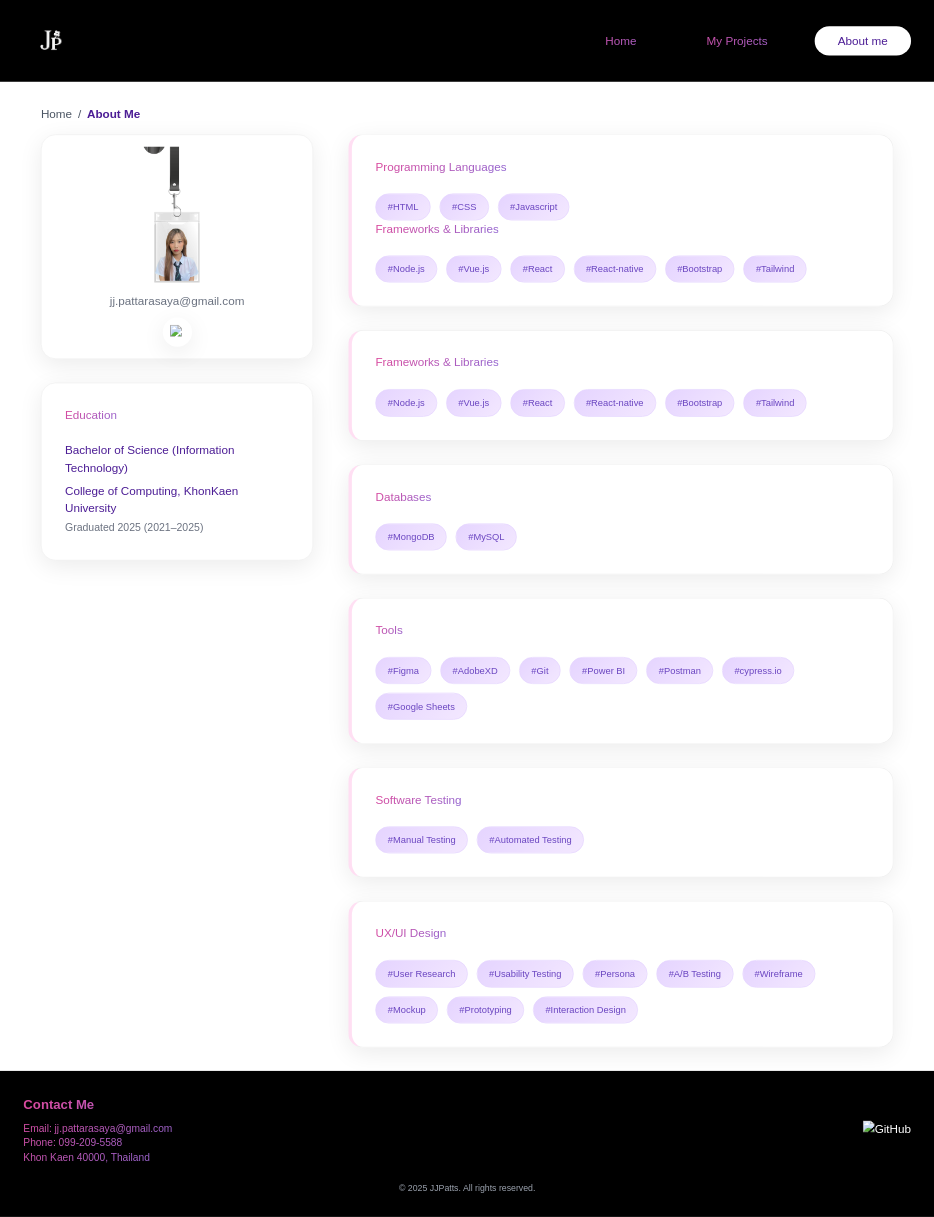
Repository: PattarasayaJJ/Portfolio-jjpatts
Page: /aboutme
The author's editor kept a copy of each file at every save. The page is drawn from the files as they stood at one save, then again after the next save.
The browser window is 1280 px wide. The pictures show the whole page, at 73% of full size.
The project was rebuilt for these pictures with package versions that can differ from the ones it lists, and the page was loaded fresh each time. Also part of the build but not shown: vite.config.js, vite.config.ts, src/header.css, src/hero.css, src/components/Hero.jsx, src/components/Works.jsx.

Above is the page before, as saved 2025-08-03 22:52:03.

### index.html
<!doctype html>
<html lang="en">
  <head>
    <meta charset="UTF-8" />
    <link rel="icon" type="image/svg+xml" href="/JPtab.png" />
    <meta name="viewport" content="width=device-width, initial-scale=1.0" />
    <title>JJPatts Portfolio</title>
  </head>
  <body>
    <div id="root"></div>
    <script type="module" src="/src/index.jsx"></script>
  </body>
</html>

### src/index.css
@import 'tailwindcss/base';
@import 'tailwindcss/components';
@import 'tailwindcss/utilities';
@import url('https://fonts.googleapis.com/css2?family=Kanit:wght@400;700&display=swap');

*{
   font-family: 'Kanit', sans-serif;

}

### src/App.jsx
import React from 'react';
import { BrowserRouter as Router, Routes, Route } from 'react-router-dom';
import { Header } from './components/Header';
import { Hero } from './components/Hero';
import { Works } from './components/Works';
import { Aboutme } from './components/Aboutme' ;
import { Footer } from './components/Footer';
export function App() {
  return (
    <Router>
      <div className="w-full min-h-screen bg-white">
        <Header />
        <main className="w-full">
          <Routes>
            <Route path="/" element={<><Hero /> </>} />
            <Route path="/works" element={<><Works /></>}/>
            <Route path="/aboutme" element={<Aboutme />} />


          </Routes>
        </main>
        <Footer />

      </div>
    </Router>
  );
}

### src/components/Header.jsx
import React, { useState } from 'react';
import { Link, useLocation } from 'react-router-dom';
import { MenuIcon, XIcon } from 'lucide-react';
import '../header.css';

export function Header() {
  const [isMenuOpen, setIsMenuOpen] = useState(false);
  const location = useLocation();

  const isActive = (path) => location.pathname === path;

  return (
    <header className="w-full bg-black py-4 px-8 relative">
      <div className="max-w-7xl mx-auto flex justify-between items-center">
        <Link to="/">
          <div className="flex items-center">
            <img src="/JP.png" alt="logo" className="w-20" />
          </div>
        </Link>

        <nav className="hidden md:flex space-x-8">
          <Link
            to="/"
            className={`font-medium px-8 py-2 rounded-full ${
              isActive('/') ? 'bg-white text-purple-600' : 'gradient-text'
            }`}
            style={isActive('/') ? { color: '#4c1d95' } : {}}
          >
            Home
          </Link>
          <Link
            to="/works"
            className={`font-medium px-8 py-2 rounded-full ${
              isActive('/works') ? 'bg-white text-purple-600' : 'gradient-text'
            }`}
            style={isActive('/works') ? { color: '#4c1d95' } : {}}
          >
            My Projects
          </Link>
          <Link
            to="/aboutme"
            className={`font-medium px-8 py-2 rounded-full ${
              isActive('/aboutme') ? 'bg-white text-purple-600' : 'gradient-text'
            }`}
            style={isActive('/aboutme') ? { color: '#4c1d95' } : {}}
          >
            About me
          </Link>
        </nav>

        <button className="md:hidden text-white" onClick={() => setIsMenuOpen(!isMenuOpen)}>
          {isMenuOpen ? <XIcon size={24} /> : <MenuIcon size={24} />}
        </button>
      </div>

      <div
        className={`
          fixed top-0 right-0 w-64 h-full bg-black z-50 transform transition-transform duration-300 ease-in-out
          ${isMenuOpen ? 'translate-x-0' : 'translate-x-full'}
          md:hidden
        `}
      >
        <div className="p-6">
          <button className="text-white mb-8" onClick={() => setIsMenuOpen(false)}>
            <XIcon size={24} />
          </button>
          <nav className="flex flex-col space-y-6">
            <Link
              to="/"
              className={`font-medium px-6 py-2 rounded-full block text-center ${
                isActive('/') ? 'bg-white text-purple-600' : 'gradient-text'
              }`}
              style={isActive('/') ? { color: '#4c1d95' } : {}}
              onClick={() => setIsMenuOpen(false)}
            >
              Home
            </Link>
            <Link
              to="/works"
              className={`font-medium px-6 py-2 rounded-full block text-center ${
                isActive('/works') ? 'bg-white text-purple-600' : 'gradient-text'
              }`}
              style={isActive('/works') ? { color: '#4c1d95' } : {}}
              onClick={() => setIsMenuOpen(false)}
            >
              My Projects
            </Link>
            <Link
              to="/aboutme"
              className={`font-medium px-6 py-2 rounded-full block text-center ${
                isActive('/aboutme') ? 'bg-white text-purple-600' : 'gradient-text'
              }`}
              style={isActive('/aboutme') ? { color: '#4c1d95' } : {}}
              onClick={() => setIsMenuOpen(false)}
            >
              About me
            </Link>
          </nav>
        </div>
      </div>

      {isMenuOpen && (
        <div
          className="fixed inset-0 bg-black bg-opacity-50 z-40 md:hidden"
          onClick={() => setIsMenuOpen(false)}
        />
      )}
    </header>
  );
}

### src/components/Aboutme.jsx
import React from 'react';
import '../aboutme.css';

export function Aboutme() {
  const skills = [
    { name: '#HTML', type: 'tool' },
    { name: '#CSS', type: 'tool' },
    { name: '#Javascript', type: 'tool' },
  ];

  const frame = [
    { name: '#Node.js', type: 'tool' },
    { name: '#Vue.js', type: 'tool' },
    { name: '#React', type: 'tool' },
    { name: '#React-native', type: 'tool' },
    { name: '#Bootstrap', type: 'tool' },
    { name: '#Tailwind', type: 'tool' },
  ];

  const database = [
    { name: '#MongoDB', type: 'tool' },
    { name: '#MySQL', type: 'tool' },
  ];

  const tools = [
    { name: '#Figma', type: 'tool' },
    { name: '#AdobeXD', type: 'tool' },
    { name: '#Git', type: 'tool' },
    { name: '#Power BI', type: 'tool' },
    { name: '#Postman', type: 'tool' },
    { name: '#cypress.io', type: 'tool' },
    { name: '#Google Sheets', type: 'tool' },
  ];

  const uxui = [
    { name: '#User Research', type: 'ux' },
    { name: '#Usability Testing', type: 'ux' },
    { name: '#Persona', type: 'ux' },
    { name: '#A/B Testing', type: 'ux' },
    { name: '#Wireframe', type: 'ux' },
    { name: '#Mockup', type: 'ux' },
    { name: '#Prototyping', type: 'ux' },
    { name: '#Interaction Design', type: 'ux' },
  ];

  const tester = [
    { name: '#Manual Testing', type: 'ux' },
    { name: '#Automated Testing', type: 'ux' },
  ];

  return (
    <div className="about-container">
      <nav className="breadcrumb">
        <a href="/" className="breadcrumb-link">
          Home
        </a>
        <span className="breadcrumb-separator">/</span>
        <span className="breadcrumb-current">About Me</span>
      </nav>

      <div className="about-content">
        {/* Profile Section */}
        <div className="profile-section">
          <div className="profile-card">
            <div className="avatar-container">
              <div className="avatar-wrapper">
                <img
                  src="/nongjj.png"
                  alt="Profile"
                  className="avatar-img"
                />
              </div>
              <p className="email">jj.pattarasaya@gmail.com</p>

              <div className="social-icons">
                <a href="https://github.com/PattarasayaJJ" target="_blank" rel="noopener noreferrer" className="social-link">
                  <img src="https://github.githubassets.com/favicons/favicon.png" alt="GitHub" />
                </a>
              </div>
            </div>
          </div>

          {/* Education Section */}
          <div className="education-card">
            <h3 className="section-title">
              <span className="gradient-text">Education</span>
            </h3>
            <div className="education-content">
              <h4 className="degree">Bachelor of Science (Information Technology)</h4>
              <p className="university">College of Computing, KhonKaen University</p>
              <p className="graduation">Graduated 2025 (2021–2025)</p>
            </div>
          </div>
        </div>

        {/* Skills Section */}
        <div className="skills-section">
          <div className="skills-grid">
            {/* Programming Languages */}
            <div className="skill-category">
              <h3 className="category-title">
                <span className="gradient-text">Programming Languages</span>
              </h3>
              <div className="skills-list">
                {skills.map((skill, index) => (
                  <span className="skill-tag" key={index}>
                    {skill.name}
                  </span>
                ))}
              </div>


                 <h3 className="category-title">
                <span className="gradient-text">Frameworks & Libraries</span>
              </h3>
              <div className="skills-list">
                {frame.map((skill, index) => (
                  <span className="skill-tag" key={index}>
                    {skill.name}
                  </span>
                ))}
              </div>




            </div>

            {/* Frameworks & Libraries */}
            <div className="skill-category">
              <h3 className="category-title">
                <span className="gradient-text">Frameworks & Libraries</span>
              </h3>
              <div className="skills-list">
                {frame.map((skill, index) => (
                  <span className="skill-tag" key={index}>
                    {skill.name}
                  </span>
                ))}
              </div>
            </div>

            {/* Databases */}
            <div className="skill-category">
              <h3 className="category-title">
                <span className="gradient-text">Databases</span>
              </h3>
              <div className="skills-list">
                {database.map((skill, index) => (
                  <span className="skill-tag" key={index}>
                    {skill.name}
                  </span>
                ))}
              </div>
            </div>

            {/* Tools */}
            <div className="skill-category">
              <h3 className="category-title">
                <span className="gradient-text">Tools</span>
              </h3>
              <div className="skills-list">
                {tools.map((skill, index) => (
                  <span className="skill-tag" key={index}>
                    {skill.name}
                  </span>
                ))}
              </div>
            </div>

            {/* Software Testing */}
            <div className="skill-category">
              <h3 className="category-title">
                <span className="gradient-text">Software Testing</span>
              </h3>
              <div className="skills-list">
                {tester.map((skill, index) => (
                  <span className="skill-tag" key={index}>
                    {skill.name}
                  </span>
                ))}
              </div>
            </div>

            {/* UX/UI Design */}
            <div className="skill-category">
              <h3 className="category-title">
                <span className="gradient-text">UX/UI Design</span>
              </h3>
              <div className="skills-list">
                {uxui.map((skill, index) => (
                  <span className="skill-tag" key={index}>
                    {skill.name}
                  </span>
                ))}
              </div>
            </div>
          </div>
        </div>
      </div>
    </div>
  );
}

### src/components/Footer.jsx
import React from 'react';

export function Footer() {
  return (
    <footer className="w-full bg-black text-white py-8 px-8">
  <div className="max-w-7xl mx-auto flex flex-col md:flex-row justify-between items-center space-y-6 md:space-y-0">

        <div className="text-center md:text-left gradient-text ">
          <h2 className="text-lg font-semibold">Contact Me</h2>
          <p className="text-sm mt-2">Email: jj.pattarasaya@gmail.com</p>
          <p className="text-sm">Phone: 099-209-5588</p>
          <p className="text-sm">Khon Kaen 40000, Thailand</p>

        </div>

        <div className="flex space-x-4 ">
        <a href="https://github.com/PattarasayaJJ" target="_blank" rel="noopener noreferrer">
        <img src="https://github.githubassets.com/favicons/favicon.png" alt="GitHub" />

  </a>

        </div>
      </div>

      <div className="text-center text-xs text-gray-400 mt-6 ">
        © {new Date().getFullYear()} JJPatts. All rights reserved.
      </div>
    </footer>
  );
}

### src/work.css
.projects-section {
  width: 100%;
  max-width: 1200px;
  margin: 0 auto;
  padding: 2rem 1rem;
  background-color: #ffffff;
}

.projects-container {
  max-width: 80rem;
  margin: 0 auto;
  display: flex;
  flex-direction: column;
  gap: 2rem;
}

.breadcrumb {
  margin-bottom: 2rem;
  font-size: 0.9rem;
  color: #666;
}

.breadcrumb-link {
  color: #666;
  text-decoration: none;
}

.breadcrumb-link:hover {
  color: #333;
}

.breadcrumb-separator {
  margin: 0 0.5rem;
}

.breadcrumb-current {
  color: #333;
  font-weight: 500;
}

.project-title-text {
  margin-top: 10px;
  background: linear-gradient(135deg, #DD489B, #9067D3);
  -webkit-background-clip: text;
  -webkit-text-fill-color: transparent;
  background-clip: text;
  display: inline-block;
  font-size: 1.25rem;
  font-weight: bold;
}

/* Project Card */
.project-card {
  background: #ffffff;
  border-radius: 20px;
  padding: 3rem;
  box-shadow: 0 8px 32px rgba(0, 0, 0, 0.08);
  border: 1px solid #f0f0f0;
  display: flex;
  flex-direction: column;
  gap: 2rem;
}

/* Project Images */
.project-images {
  display: flex;
  justify-content: center;
  gap: 2rem;
  margin-bottom: 1rem;
}

.project-images.single {
  justify-content: center;
}

/* Updated: Uniform image sizing */
.project-image {
  width: 400px;
  height: 300px;
  object-fit: contain;
  border-radius: 12px;
  box-shadow: 0 8px 24px rgba(0, 0, 0, 0.12);
  transition: transform 0.3s ease, box-shadow 0.3s ease;
}

.project-image:hover {
  transform: translateY(-4px);
  box-shadow: 0 12px 32px rgba(0, 0, 0, 0.16);
}

/* Project Content */
.project-content {
  text-align: center;
  display: flex;
  flex-direction: column;
  gap: 1rem;
}

.project-name {
  font-size: 1rem;
  line-height: 1.6;
  color: #4c1d95;
  margin: 0;
  font-weight: 400;
}

.highlight {
  font-weight: 700;
  color: #4c1d95;
}

/* Skills List */
.skills-list {
  display: flex;
  flex-wrap: wrap;
  gap: 0.75rem;
  margin-top: 1rem;
}

.skill-tag {
  background: linear-gradient(135deg, #e5d4ff, #f3e8ff);
  color: #6b46c1;
  padding: 0.5rem 1rem;
  border-radius: 20px;
  font-size: 0.875rem;
  font-weight: 500;
  border: 1px solid #e5d4ff;
  transition: all 0.3s ease;
}

.skill-tag:hover {
  background: linear-gradient(135deg, #ddd6fe, #e5d4ff);
  transform: translateY(-2px);
  box-shadow: 0 4px 12px rgba(107, 70, 193, 0.2);
}

/* Responsive Design */
@media (max-width: 1024px) {
  .project-images {
    gap: 1.5rem;
  }

  .project-image {
    width: 350px;
    height: 250px;
    object-fit: contain;
  }
}

@media (max-width: 768px) {
  .projects-section {
    padding: 1.5rem 1rem;
  }

  .project-card {
    padding: 2rem 1.5rem;
  }

  .project-images {
    flex-direction: column;
    align-items: center;
    gap: 1.5rem;
  }

  .project-image {
    width: 100%;
    max-width: 400px;
    height: 250px;
    object-fit: contain;
  }

  .project-title {
    font-size: 1.5rem;
  }

  .project-name {
    font-size: 1.1rem;
    text-align: left;
  }

  .skills-list {
    justify-content: flex-start;
  }
}

@media (max-width: 480px) {
  .project-card {
    padding: 1.5rem 1rem;
  }

  .project-name {
    font-size: 1rem;
  }

  .skill-tag {
    font-size: 0.75rem;
    padding: 0.4rem 0.8rem;
  }

  .project-image {
    width: 100%;
    max-width: 350px;
    height: 200px;
    object-fit: contain;
  }
}

### src/aboutme.css
.about-container {
  max-width: 1200px;
  margin: 0 auto;
  padding: 2rem 1rem;
  background-color: #ffffff;
}

.breadcrumb {
  margin-bottom: 1rem;
  font-size: 1rem;
  color: #4B5563;
  display: flex;
  align-items: center;
}

.breadcrumb-link {
  color: #4B5563;
  text-decoration: none;
}

.breadcrumb-link:hover {
  text-decoration: underline;
}


.breadcrumb-separator {
  margin: 0 0.5rem;
}

.breadcrumb-current {
  font-weight: bold;
  color: #4c1d95;
}

.about-content {
  display: grid;
  grid-template-columns: 1fr 2fr;
  gap: 3rem;
  align-items: start;
}

.profile-section {
  display: flex;
  flex-direction: column;
  gap: 2rem;
}

.profile-card {
  background: #ffffff;
  border-radius: 20px;
  padding: 1rem;
  box-shadow: 0 8px 32px rgba(0, 0, 0, 0.08);
  border: 1px solid #f0f0f0;
  text-align: center;
}

.avatar-container {
  display: flex;
  flex-direction: column;
  align-items: center;
}

.avatar-wrapper {
  width: 200px;
  height: 200px;
  transition: transform 0.3s ease;
}

.avatar-wrapper:hover {
  transform: scale(1.05);
}

.avatar-img {
  width: 100%;
  height: 100%;
  object-fit: contain;
}

.profile-name {
  font-size: 1.5rem;
  color: #4c1d95;
  margin: 0;
}

.profile-title {
  font-size: 1rem;
  color: #6b46c1;
  margin: 0;
}

.email {
  font-size: 1rem;
  color: #6b7280;
  margin-bottom: 10px;
}

.social-icons {
  display: flex;
  justify-content: center;
  gap: 1rem;
}

.social-link {
  display: flex;
  align-items: center;
  justify-content: center;
  width: 40px;
  height: 40px;
  box-shadow: 0 8px 32px rgba(0, 0, 0, 0.08);
  border-radius: 50%;
  transition: all 0.3s ease;
}

.social-link:hover {
  transform: translateY(-2px);
  box-shadow: 0 4px 12px rgba(107, 70, 193, 0.3);
}

.social-icons img {
  width: 20px;
  height: 20px;
}

.education-card {
  background: #ffffff;
  border-radius: 20px;
  padding: 2rem;
  box-shadow: 0 8px 32px rgba(0, 0, 0, 0.08);
  border: 1px solid #f0f0f0;
}

.education-content {
  margin-top: 1rem;
}

.degree {
  font-size: 1rem;
  color: #4c1d95;
  margin: 0 0 0.5rem 0;
}

.university {
  font-size: 1rem;
  color: #4c1d95;
  margin: 0 0 0.25rem 0;
}

.graduation {
  font-size: 0.9rem;
  color: #6b7280;
  margin: 0;
}

.skills-section {
  display: flex;
  flex-direction: column;
}

.skills-grid {
  display: grid;
  grid-template-columns: 1fr;
  gap: 2rem;
}

.skill-category {
  background: #ffffff;
  border-radius: 20px;
  padding: 2rem;
  box-shadow: 0 8px 32px rgba(0, 0, 0, 0.08);
  border: 1px solid #f0f0f0;
  border-left: 5px solid #ffdff3;
}

.section-title,
.category-title {
  font-size: 1rem;
  margin: 0 0 1.5rem 0;
  display: flex;
  align-items: center;
}

.gradient-text {
  background: linear-gradient(135deg, #DD489B, #9067D3);
  -webkit-background-clip: text;
  -webkit-text-fill-color: transparent;
  background-clip: text;
}

.skills-list {
  display: flex;
  flex-wrap: wrap;
  gap: 0.75rem;
}

.skill-tag {
  background: linear-gradient(135deg, #e5d4ff, #f3e8ff);
  color: #6b46c1;
  padding: 0.5rem 1rem;
  border-radius: 20px;
  font-size: 0.8rem;
  border: 1px solid #e5d4ff;
  transition: all 0.3s ease;
  cursor: default;
}

.skill-tag:hover {
  background: linear-gradient(135deg, #ddd6fe, #e5d4ff);
  transform: translateY(-2px);
  box-shadow: 0 4px 12px rgba(107, 70, 193, 0.2);
}

@media (max-width: 1024px) {
  .about-content {
    grid-template-columns: 1fr;
    gap: 2rem;
  }

  .skills-grid {
    grid-template-columns: repeat(2, 1fr);
  }
}

@media (max-width: 768px) {
  .about-container {
    padding: 1.5rem 1rem;
  }

  .about-content {
    gap: 1.5rem;
  }

  .skills-grid {
    grid-template-columns: 1fr;
    gap: 1.5rem;
  }

  .profile-card,
  .education-card,
  .skill-category {
    padding: 1.5rem;
  }

  .avatar-wrapper {
    width: 150px;
    height: 150px;
  }

  .profile-name {
    font-size: 1.25rem;
  }

  .profile-title {
    font-size: 0.9rem;
  }

  .section-title,
  .category-title {
    font-size: 1.1rem;
  }

  .skill-tag {
    font-size: 0.8rem;
    padding: 0.4rem 0.8rem;
  }
}

@media (max-width: 480px) {

  .profile-card,
  .education-card,
  .skill-category {
    padding: 1.25rem;
  }

  .avatar-wrapper {
    width: 120px;
    height: 120px;
  }

  .profile-name {
    font-size: 1rem;
  }

  .skills-list {
    gap: 0.5rem;
  }

  .skill-tag {
    font-size: 0.75rem;
    padding: 0.35rem 0.7rem;
  }
}

Loaded but not shown: src/index.jsx (common file); tailwind.config.js (common file)

After the next save:
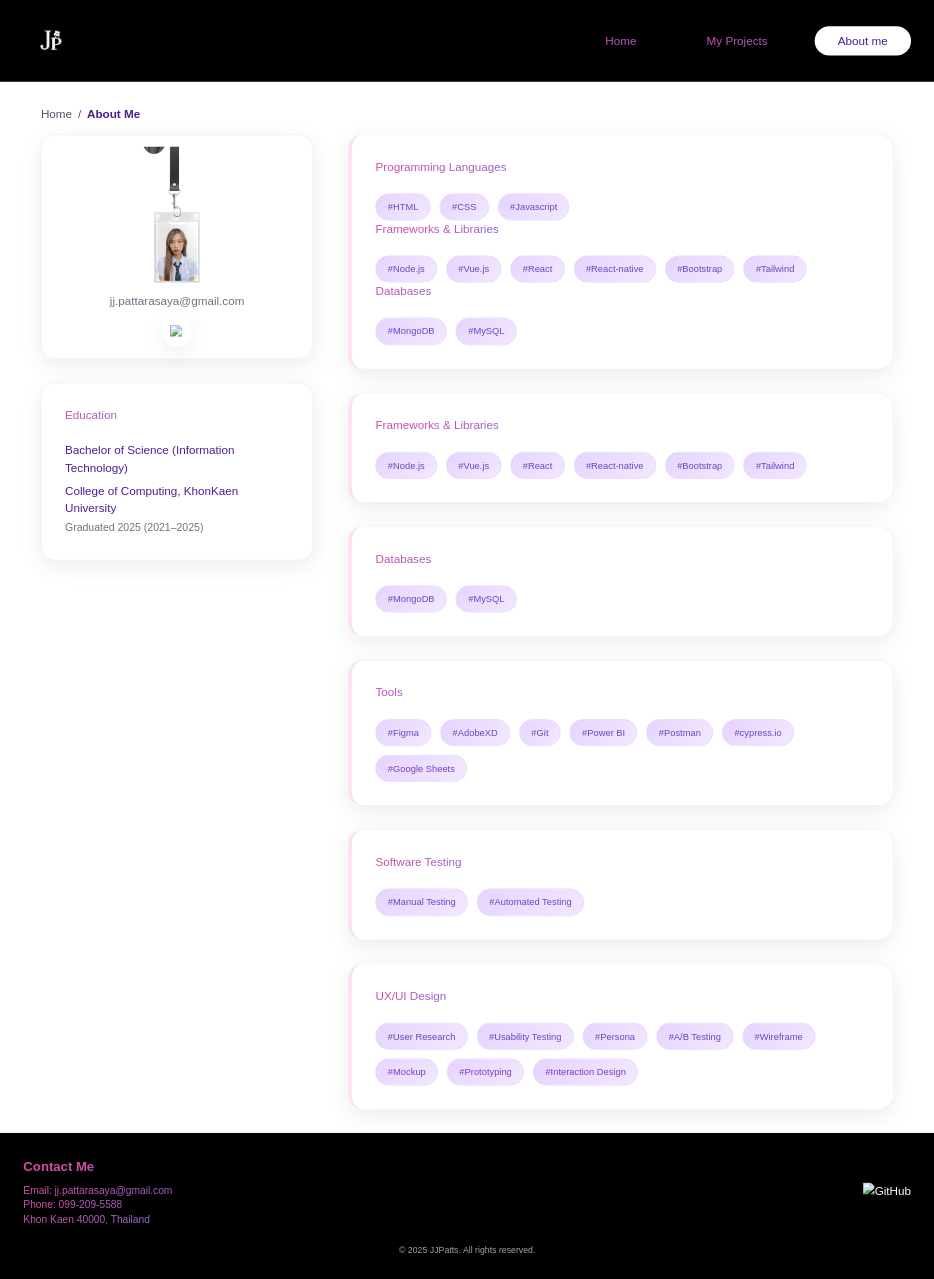
Saved 11 s later.
--- a/src/components/Aboutme.jsx
+++ b/src/components/Aboutme.jsx
@@ -121,6 +121,17 @@ export function Aboutme() {
                 ))}
               </div>
 
+               <h3 className="category-title">
+                <span className="gradient-text">Databases</span>
+              </h3>
+              <div className="skills-list">
+                {database.map((skill, index) => (
+                  <span className="skill-tag" key={index}>
+                    {skill.name}
+                  </span>
+                ))}
+              </div>
+
 
 
 
